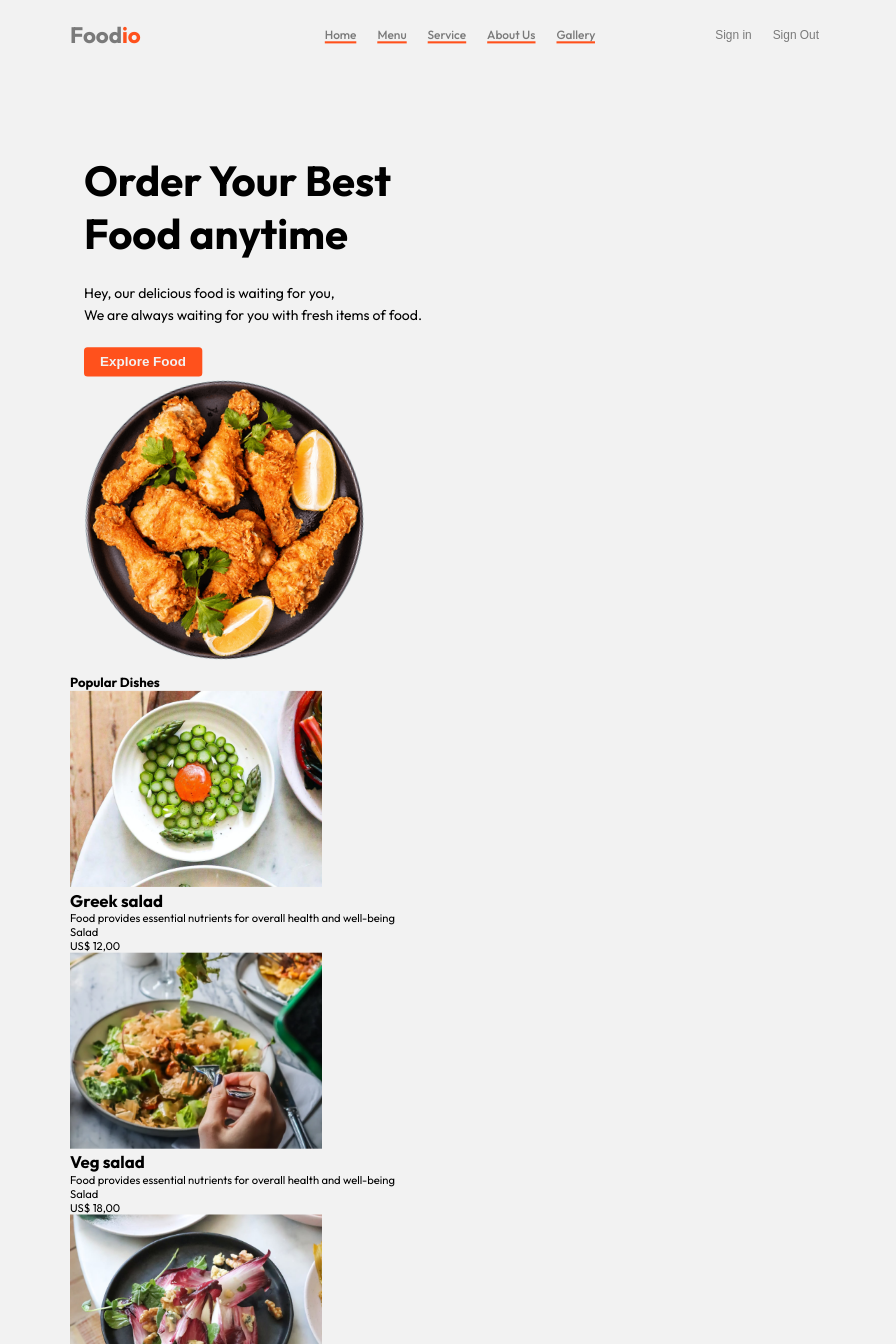
Repository: guilhermecardoso93/foodio
Page: /
The author's editor kept a copy of each file at every save. The page is drawn from the files as they stood at one save, then again after the next save.
The browser window is 1280 px wide. The pictures show the part of the page from y = 0 to 1920 px (the page is 12955 px tall before and 12632 px after), at 70% of full size.
The project was rebuilt for these pictures with package versions that can differ from the ones it lists, and the page was loaded fresh each time. Also part of the build but not shown: vite.config.js, src/index.css.

Above is the page before, as saved 2024-11-05 19:49:15.

After the next save:
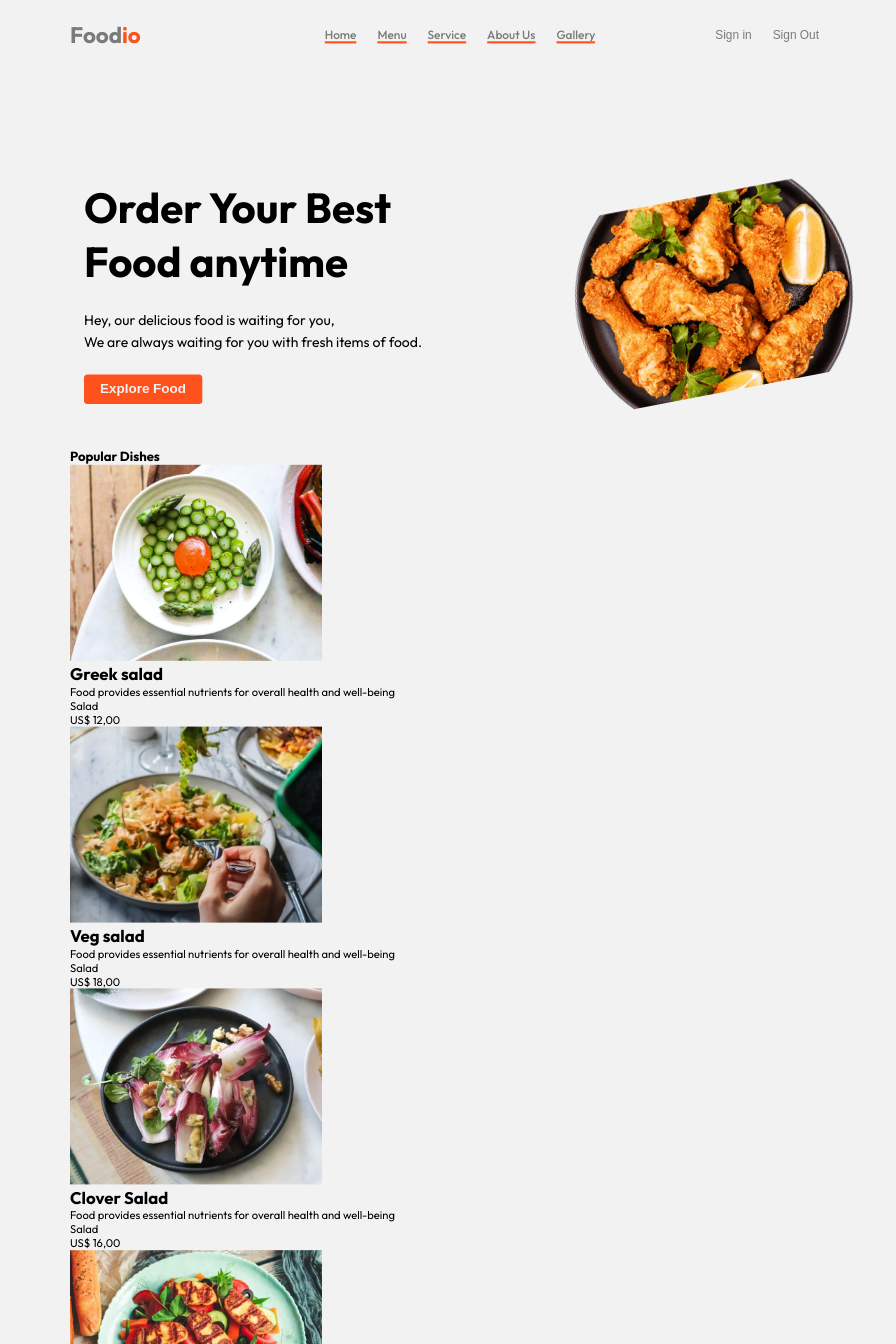
Saved 25 s later.
--- a/src/components/Main/index.jsx
+++ b/src/components/Main/index.jsx
@@ -24,11 +24,11 @@ export function Main() {
               </p>
             </div>
             <button>Explore Food</button>
-            <div className="content-right">
-              <img src={imagem1} alt="" />
-              <img src={imagem5} alt="" />
-              <img src={imagem4} alt="" />
-            </div>
+          </div>
+          <div className="content-right">
+            <img src={imagem1} alt="" />
+            <img src={imagem5} alt="" />
+            <img src={imagem4} alt="" />
           </div>
         </div>
       </section>
